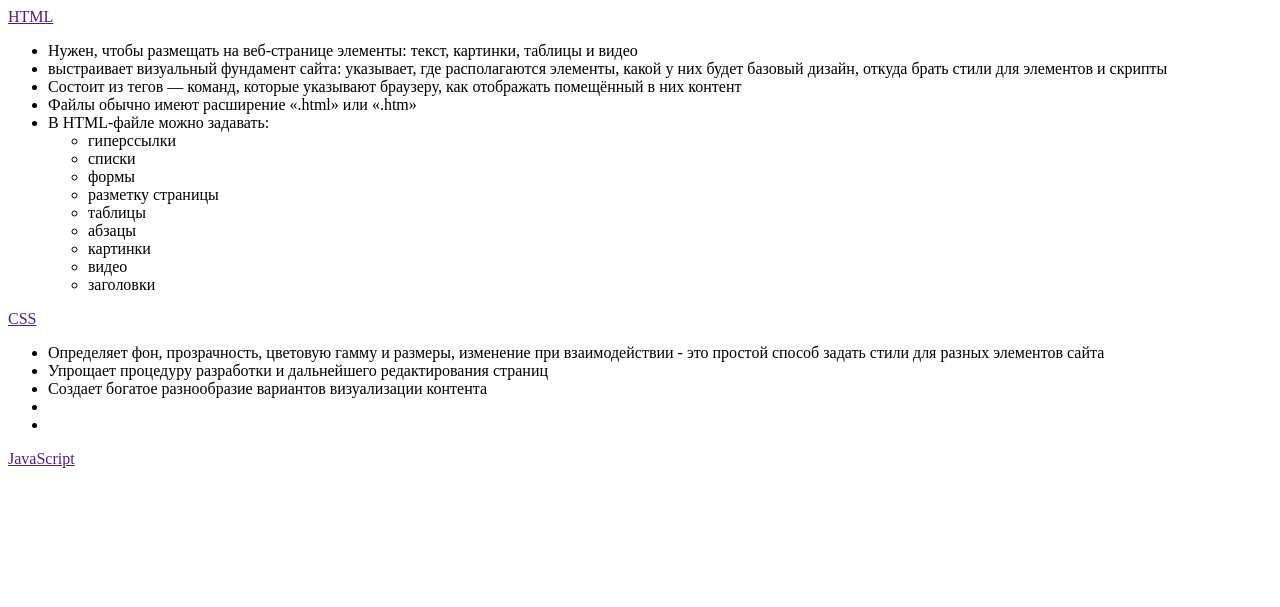
Repository: JonniRed/urban
Page: task1/second_page.html
An editor plug-in stored every save of this project. The page is shown before and after the next save, followed by the edit.
The browser window is 1280 px wide. The pictures show the whole page.

Above is the page before, as saved 2024-09-10 10:49:55.

After the next save:
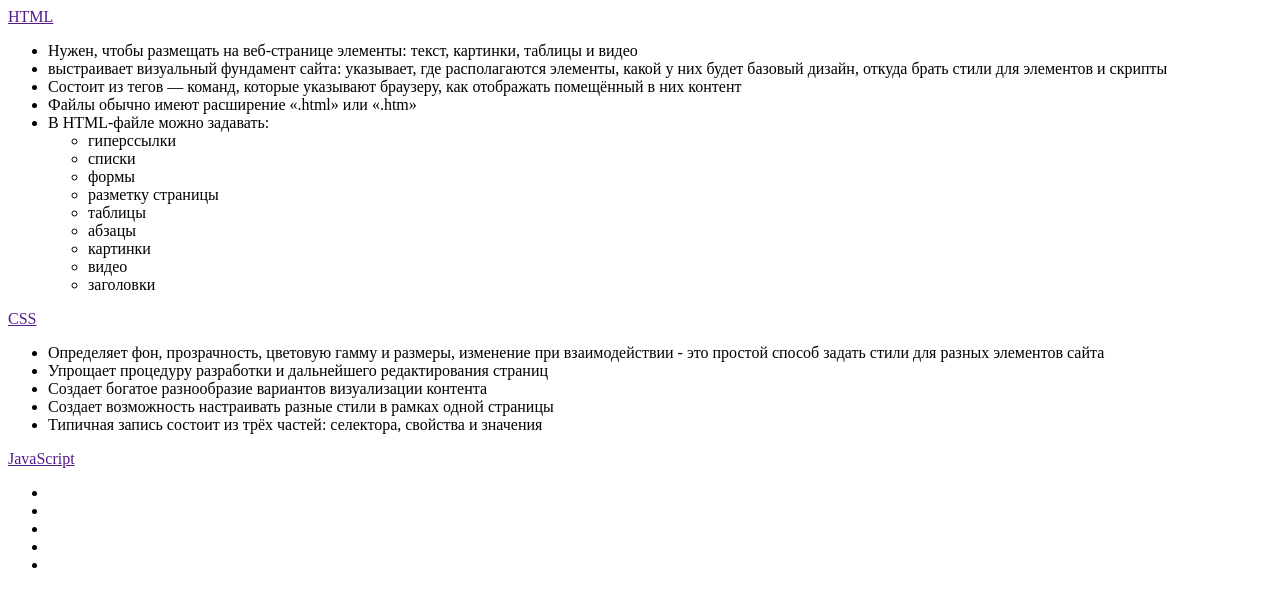
Saved 2 min 5 s later.
--- a/task1/second_page.html
+++ b/task1/second_page.html
@@ -39,12 +39,21 @@
           задать стили для разных элементов сайта</li>
         <li>Упрощает процедуру разработки и дальнейшего редактирования страниц</li>
         <li>Создает богатое разнообразие вариантов визуализации контента</li>
+        <li>Создает возможность настраивать разные стили в рамках одной страницы</li>
+        <li>Типичная запись состоит из трёх частей: селектора, свойства и значения</li>
+      </ul>
+    </article>
+    <article>
+      <a href="">JavaScript</a>
+      <ul>
+        <li></li>
+        <li></li>
+        <li></li>
         <li></li>
         <li></li>
       </ul>
     </article>
 
-    <a href="">JavaScript</a>
   </div>
 </body>
 
